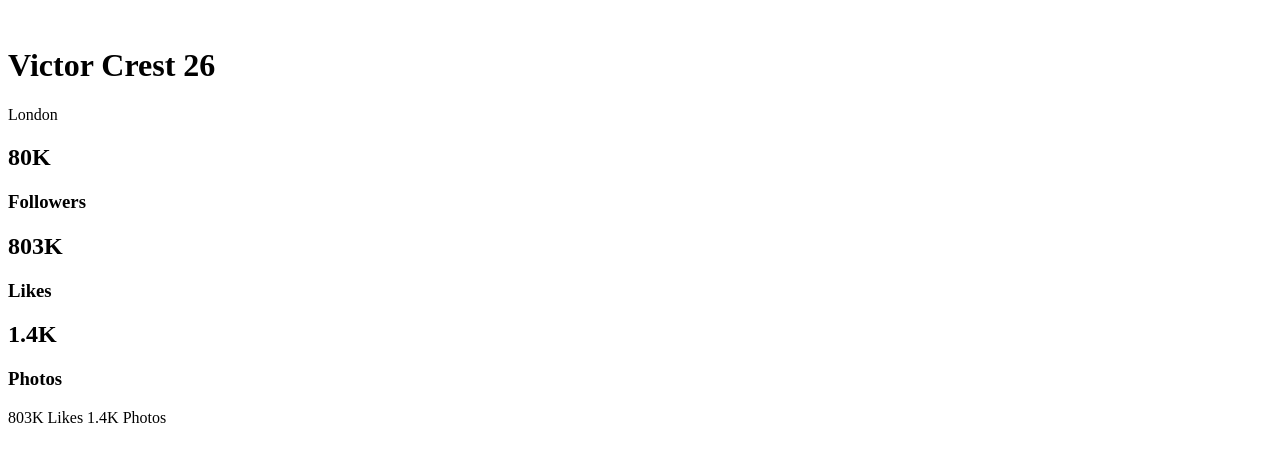
Repository: shayanabedi98/profile-card-component
Page: index.html
An editor plug-in stored every save of this project. The page is shown before and after the next save, followed by the edit.
The browser window is 1280 px wide. The pictures show the whole page.

Above is the page before, as saved 2023-09-27 11:53:19.

### index.html
<!DOCTYPE html>
<html lang="en">
<head>
  <meta charset="UTF-8">
  <meta name="viewport" content="width=device-width, initial-scale=1.0">
  <link rel="icon" type="image/png" sizes="32x32" href="./images/favicon-32x32.png">
  <link rel="stylesheet" href="./styles.css">
  <title>Frontend Mentor | Profile card component</title>

</head>
<body>

  <div class="grid-container">
    <div class="card">
      <div class="banner">
      </div>
      <div class="profile">
        <img src="" alt="">
        <h1>Victor Crest <span>26</span></h1>
        <p>London</p>
      </div>
      <div class="stats">
        <div class="stats-one">
          <h2>80K</h2>
          <h3>Followers</h3>
        </div>
        <div class="stats-two">
          <h2>803K</h2>
          <h3>Likes</h3>
        </div>
        <div class="stats-three">
          <h2>1.4K</h2>
          <h3>Photos</h3>
        </div>
      </div>
    </div>
  </div>


  803K
  Likes

  1.4K
  Photos
  <div class="attribution">
  </div>
</body>
</html>

### styles.css
body {
    background-color: (25,161,173,255);
}

After the next save:
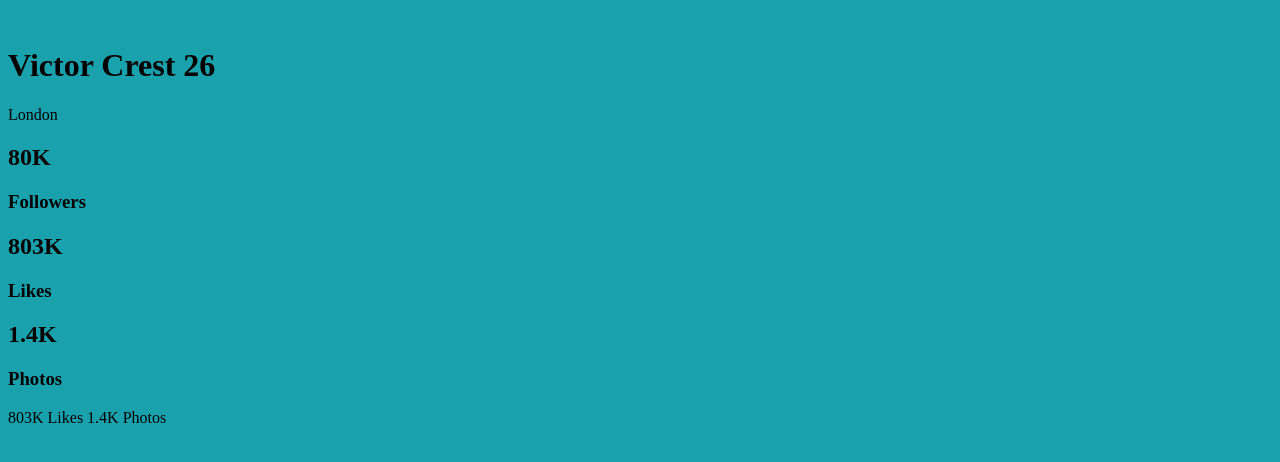
Saved 10 s later.
--- a/styles.css
+++ b/styles.css
@@ -1,3 +1,3 @@
 body {
-    background-color: (25,161,173,255);
+    background-color: rgba(25,161,173,255);
 }
